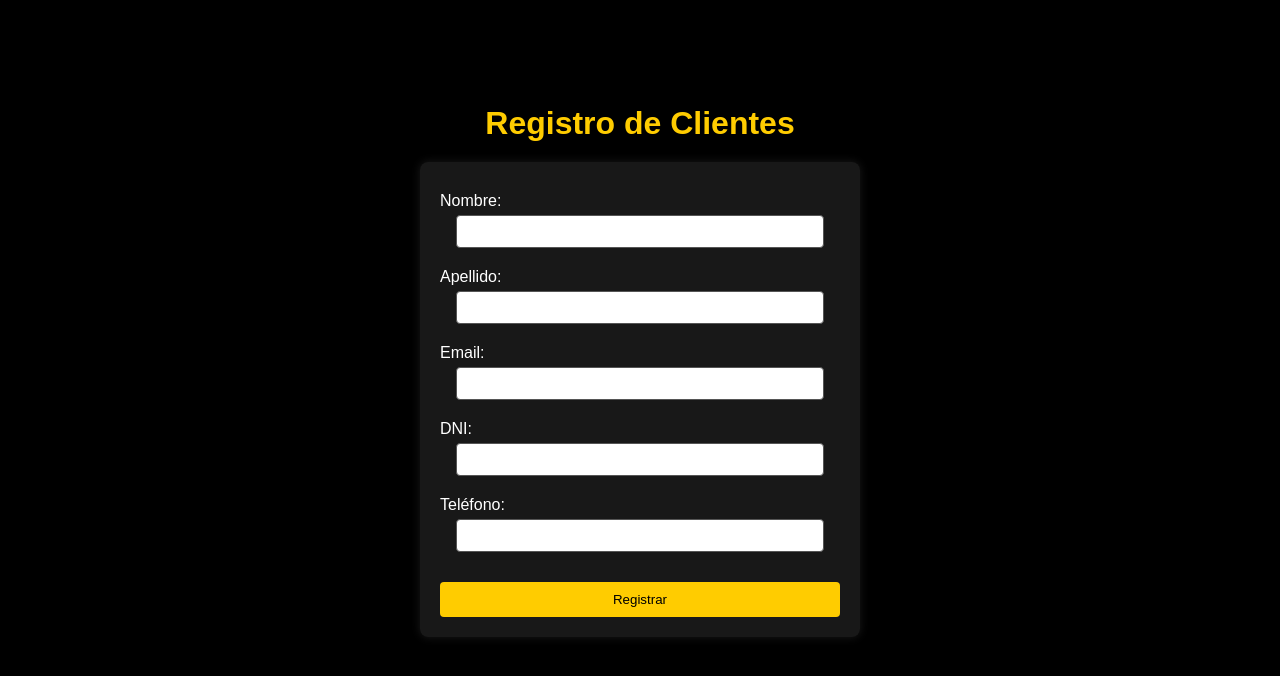
Repository: kevinqg0/Proyecto-Final-Gestion-Hotelera
Page: http://localhost/ProyectoGestionHotelera/RegistroCliente.jsp
These files come from the project's save history. The page is drawn as it stood at one moment and after the next save; the edit follows.
The browser window is 1280 px wide. The pictures show the whole page.
The page is served by Tomcat 9.

Above is the page before, as saved 2024-10-23 00:56:22.

After the next save:
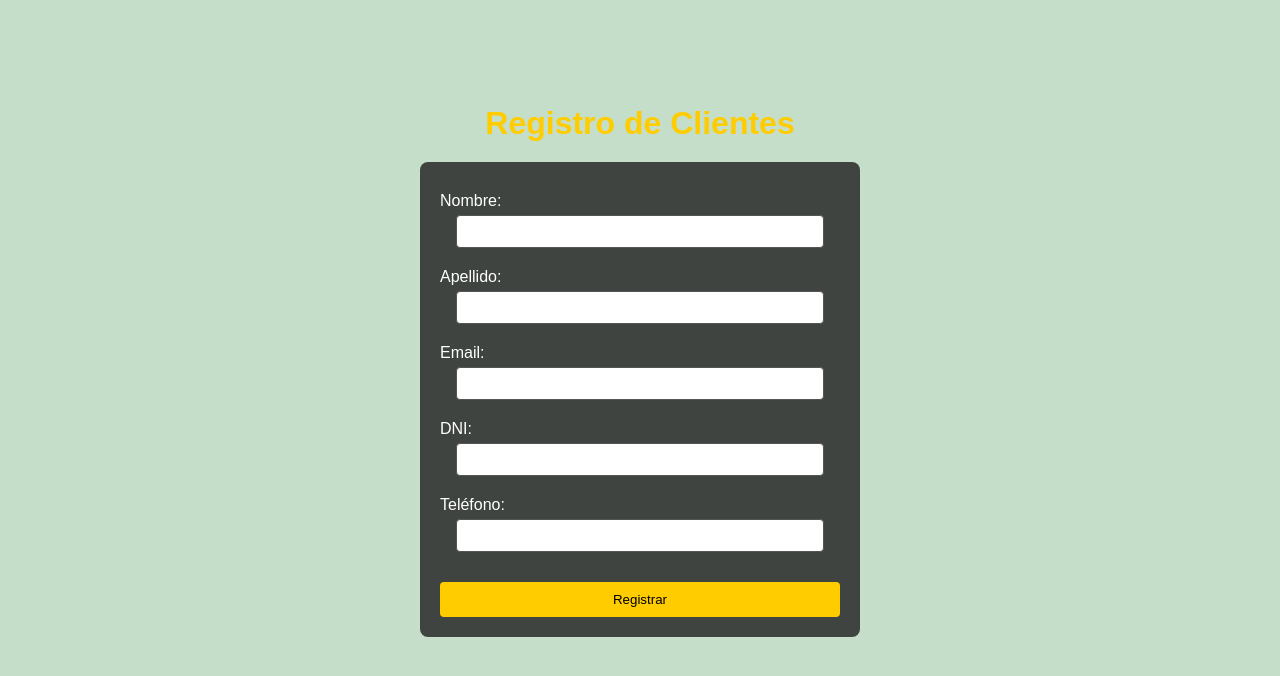
Saved 7 min 11 s later.
--- a/ProyectoGestionHotelera/src/main/webapp/estilos/registro.css
+++ b/ProyectoGestionHotelera/src/main/webapp/estilos/registro.css
@@ -6,7 +6,7 @@ body {
     height: 100vh;
     margin: 0;
     font-family: Arial, sans-serif;
-    background-color: black;
+    background-color: #c5dec9; /* Cambiado a #c5dec9 */
     background-size: cover;
     color: black;
 }
